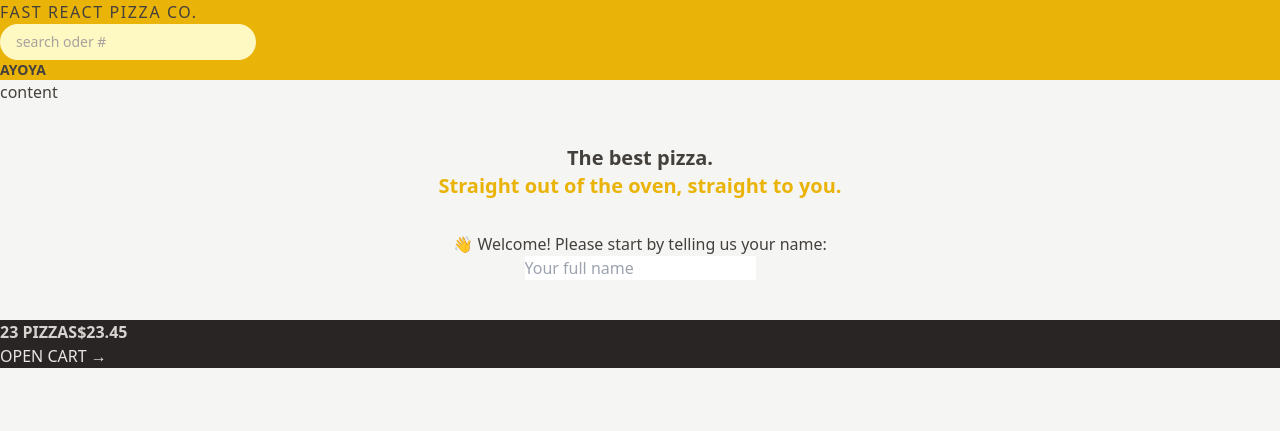
Repository: ayakhaled0001/pizza-delivery
Page: /
An editor plug-in stored every save of this project. The page is shown before and after the next save, followed by the edit.
The browser window is 1280 px wide. The pictures show the whole page.
The project was rebuilt for these pictures with package versions that can differ from the ones it lists, and the page was loaded fresh each time. Also part of the build but not shown: vite.config.js, src/services/apiRestaurant.jsx, src/utilities/helpers.jsx, src/features/menu/MenuItem.jsx, src/features/menu/Menu.jsx, src/features/cart/Cart.jsx, src/features/order/Order.jsx, src/ui/Loader.jsx and 1 more. Imported but missing from the stored project, and not drawn on this page: src/features/order/CreateOrder.

Above is the page before, as saved 2025-05-01 02:33:54.

### index.html
<!DOCTYPE html>
<html lang="en">
  <head>
    <meta charset="UTF-8" />
    <link rel="icon" type="image/svg+xml" href="/vite.svg" />
    <meta name="viewport" content="width=device-width, initial-scale=1.0" />
    <title>Vite + React</title>
  </head>
  <body class="bg-stone-100 text-stone-700">
    <div id="root"></div>
    <script type="module" src="/src/main.jsx"></script>
  </body>
</html>

### src/App.jsx
import { createBrowserRouter, RouterProvider } from "react-router-dom";
import Home from "./ui/Home";
import Menu, { loader as menuLoader } from "./features/menu/Menu";
import Cart from "./features/cart/Cart";
import CreateOrder, {
  action as CreateOrderAction,
} from "./features/order/CreateOrder";
import Order, { loader as orderLoader } from "./features/order/Order";
import AppLayout from "./ui/AppLayout";
import Error from "./ui/Error";
const router = createBrowserRouter([
  {
    element: <AppLayout />,
    children: [
      { path: "/", element: <Home /> },
      {
        path: "/menu",
        element: <Menu />,
        loader: menuLoader,
        errorElement: <Error />,
      },
      { path: "/cart", element: <Cart /> },
      {
        path: "/order/new",
        element: <CreateOrder />,
        action: CreateOrderAction,
      },
      {
        path: "/order/:orderId",
        element: <Order />,
        loader: orderLoader,
        errorElement: <Error />,
      },
    ],
  },
]);
function App() {
  return <RouterProvider router={router} />;
}

export default App;

### src/ui/Home.jsx
import CreateUser from "../features/user/CreateUser";
function Home() {
  return (
    <div className="my-10 text-center">
      <h1 className=" mb-8 text-xl  font-semibold ">
        The best pizza.
        <br />
        <span className="text-yellow-500">
          Straight out of the oven, straight to you.
        </span>
      </h1>
      <CreateUser />
    </div>
  );
}

export default Home;

### src/ui/AppLayout.jsx
import Header from "./Header";
import CartOverview from "../features/cart/CartOverview";
import { Outlet, useNavigation } from "react-router-dom";
import Loader from "./Loader";

function AppLayout() {
  const navigation = useNavigation();
  const isLoading = navigation.state === "loading";
  console.log(navigation.state);
  return (
    <div className="layout">
      {isLoading && <Loader />}
      <Header />
      <main>
        <p>content</p>
        <Outlet />
      </main>
      <CartOverview />
    </div>
  );
}

export default AppLayout;

### src/ui/Header.jsx
import { Link } from "react-router-dom";
import SearchOrder from "../features/order/SearchOrder.jsx";
import UserName from "../features/user/UserName.jsx";

function Header() {
  return (
    <header className="bg-yellow-500 uppercase">
      <Link to="/" className="tracking-widest">
        Fast React Pizza Co.
      </Link>
      <SearchOrder />
      <UserName />
    </header>
  );
}

export default Header;

### src/features/cart/CartOverview.jsx
import { Link } from "react-router-dom";

function CartOverview() {
  return (
    <div className="bg-stone-800 text-stone-200 uppercase">
      <p className="text-stone-300 font-semibold">
        <span>23 pizzas</span>
        <span>$23.45</span>
      </p>
      <Link to="/cart">Open cart &rarr;</Link>
    </div>
  );
}

export default CartOverview;

### src/features/order/SearchOrder.jsx
import { useState } from "react";
import { useNavigate } from "react-router-dom";

function SearchOrder() {
  const [query, setQuery] = useState("");
  const navigate = useNavigate();
  function handleSubmit(e) {
    e.preventDefault();
    if (!query) return;
    navigate(`/order/${query}`);
    setQuery("");
  }
  return (
    <form onSubmit={handleSubmit}>
      <input
        placeholder="search oder #"
        value={query}
        onChange={(e) => setQuery(e.target.value)}
        className="duration-300 sm:w-64 focus:outline-none focus:ring
         focus:ring-yellow-500 focus:ring-opacity-50  sm:focus:w-72 transition-all w-28
         bg-yellow-100 rounded-full px-4 py-2 text-sm placeholder:text-stone-400"
      />
    </form>
  );
}

export default SearchOrder;

### src/features/user/UserName.jsx
function UserName() {
  return <div className="text-sm font-semibold">ayoya</div>;
}

export default UserName;

Loaded but not shown: src/main.jsx (common file); src/index.css (common file); src/features/user/CreateUser.jsx (common file); tailwind.config.js (common file)

After the next save:
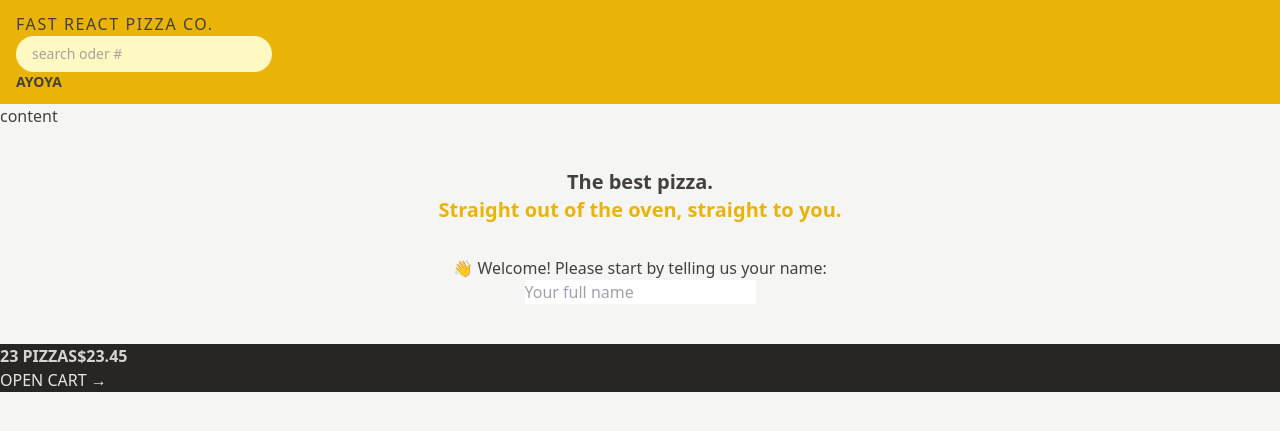
Saved 12 s later.
--- a/src/ui/Header.jsx
+++ b/src/ui/Header.jsx
@@ -4,7 +4,7 @@ import UserName from "../features/user/UserName.jsx";
 
 function Header() {
   return (
-    <header className="bg-yellow-500 uppercase">
+    <header className="bg-yellow-500 px-4 py-3 uppercase">
       <Link to="/" className="tracking-widest">
         Fast React Pizza Co.
       </Link>
